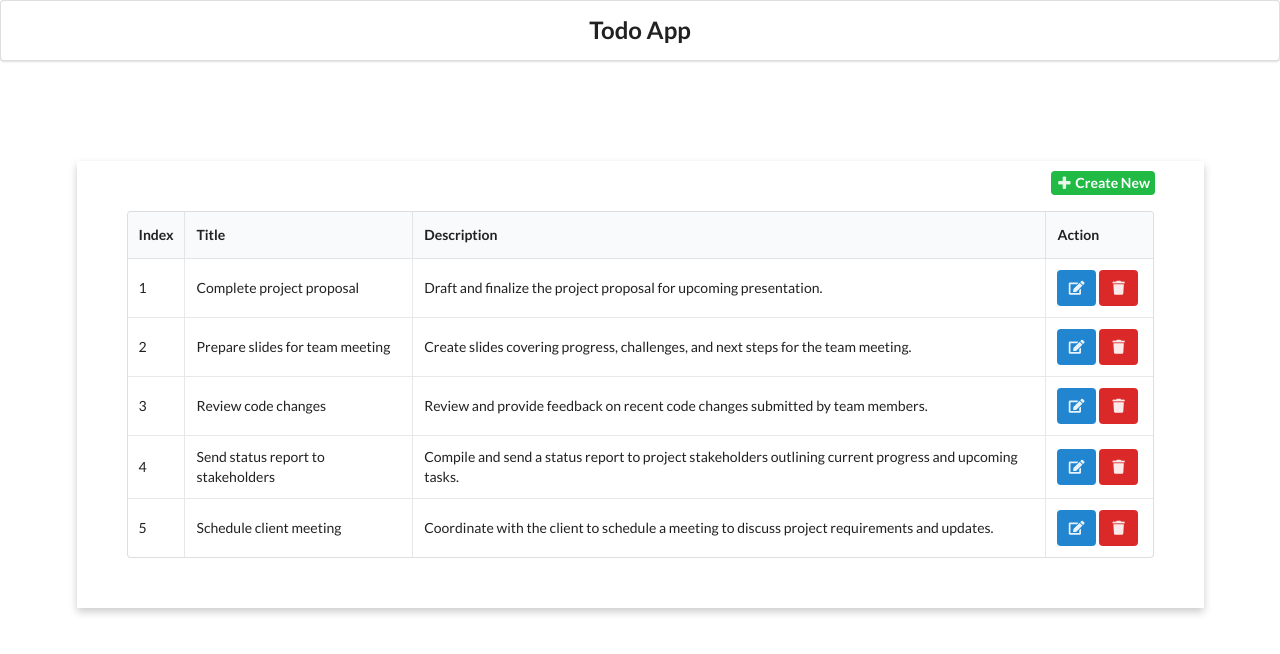
Repository: Wahid137/todo-app
Page: /
These files come from the project's save history. The page is drawn as it stood at one moment and after the next save; the edit follows.
The browser window is 1280 px wide. The pictures show the whole page.
The project was rebuilt for these pictures with package versions that can differ from the ones it lists, and the page was loaded fresh each time. Also part of the build but not shown: src/App.css, src/index.css.

Above is the page before, as saved 2024-05-03 10:48:02.

After the next save:
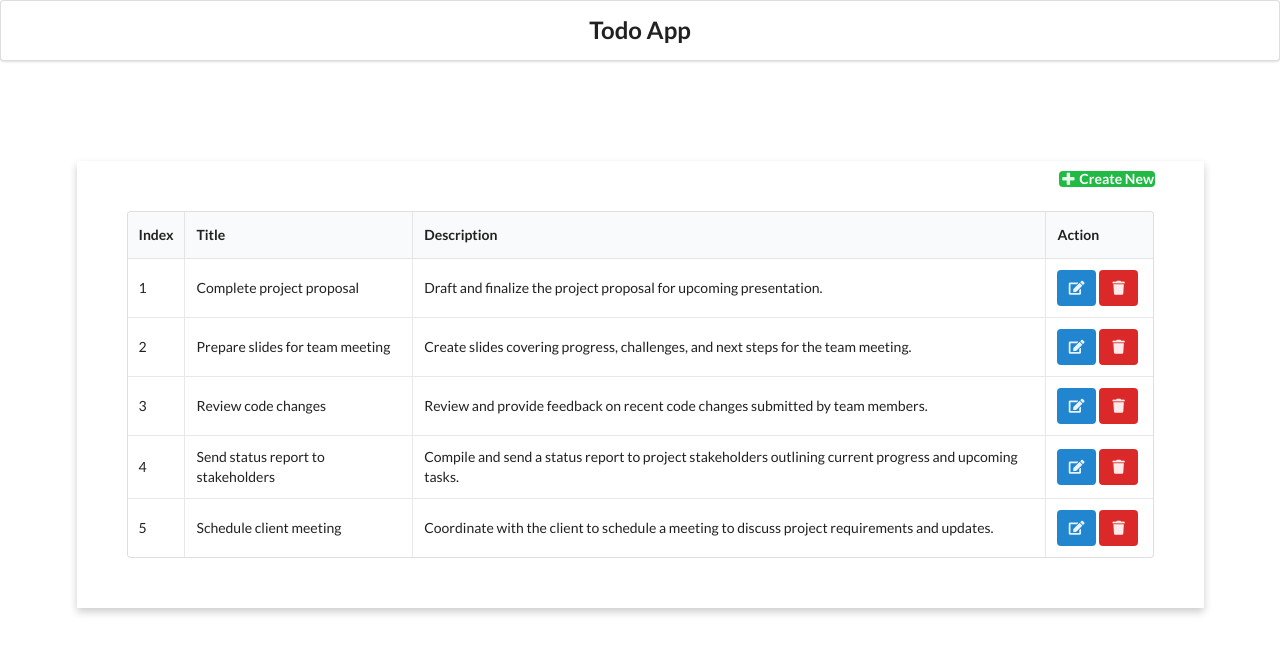
Saved 8 s later.
--- a/src/components/TodoListPage.js
+++ b/src/components/TodoListPage.js
@@ -41,7 +41,7 @@ const TodoListPage = () => {
                 <h2 style={{ textAlign: 'center' }}>Todo App</h2>
             </Segment>
             <Container style={{ boxShadow: '0 4px 8px 0 rgba(0, 0, 0, 0.2)', padding: '50px', marginTop: '100px', position: 'relative' }}>
-                <Button icon color='green' onClick={handleCreateNew} style={{ position: 'absolute', right: '45px', top: '10px', zIndex: '1', padding: '5px' }}>
+                <Button icon color='green' onClick={handleCreateNew} style={{ position: 'absolute', right: '45px', top: '10px', zIndex: '1', padding: '1px' }}>
                     <Icon name='add' /> Create New
                 </Button>
                 {showMessage &&
